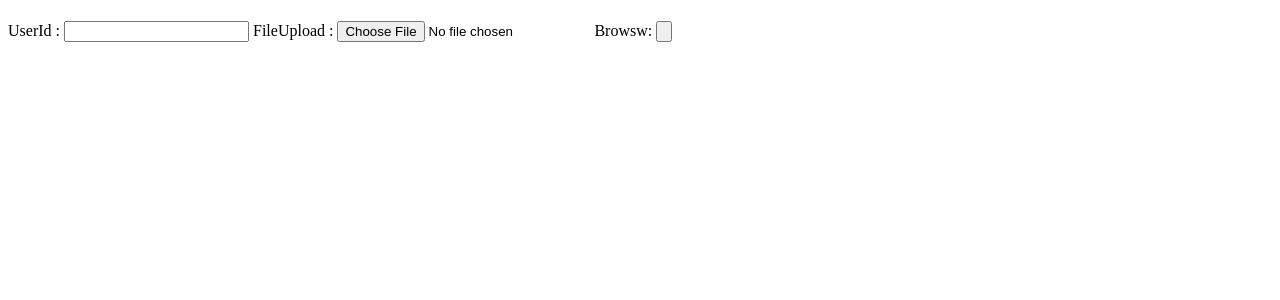
Repository: aygodbole/Coding-Assessment
Page: http://localhost/DocMgmt/resources/views/index.jsp
These files come from the project's save history. The page is drawn as it stood at one moment and after the next save; the edit follows.
The browser window is 1280 px wide. The pictures show the whole page.
The page is served by Tomcat 9.

Above is the page before, as saved 2017-12-20 04:23:58.

### DocMgmt/src/main/webapp/resources/views/index.jsp
<%@ page language="java" contentType="text/html; charset=ISO-8859-1" pageEncoding="ISO-8859-1"%>
<!DOCTYPE html>
<html>
<head>
	<meta charset="ISO-8859-1">
	<title>Insert title here</title>
</head>
<body ng-app ="DocManagerApp">
<div ng-controller = "DocCtrl">
<h1>{{name}} </h1>
</div>

UserId : <input type="text" data-ng-model="fileAttUpload">
FileUpload : <input type="file" onchange="angular.element(this).scope.onFileSelect(this);">
Browsw: <input type="button" data-ng-click="clickUpload();">



<!-- jQuery (necessary for Bootstrap's JavaScript plugins) -->
 <script type="text/javascript" src='<%=request.getContextPath()%>/resources/js/jquery.min.js'></script>
<script type="text/javascript" src='<%=request.getContextPath() %>/resources/js/angular.min.js'></script>
<script type="text/javascript" src='<%=request.getContextPath() %>/resources/js/angular-route.min.js'></script>
<script type="text/javascript" src='<%=request.getContextPath() %>/resources/js/angular-resource.min.js'></script>
<script type="text/javascript" src='<%=request.getContextPath() %>/resources/js/app.js'></script>
<!-- <script src="https://ajax.googleapis.com/ajax/libs/angularjs/1.4.4/angular.js'></script>-->
</body>
</html>

### DocMgmt/src/main/webapp/resources/js/app.js
var app = angular.module('DocManagerApp', [ 'ngRoute', 'ngResource' ]);

app.controller("DocCtrl", [ '$scope', '$http', '$rootScope', '$log',
		function($scope, $http, $rootScope, $log) {
			$log.info("Inside Doc controller");

			$scope.saveAttachments = function(){
				var fd = new FormData();
				fd.append("file",$scope.file);
				    $http.post("/upload", fd, {
				           transformRequest: angular.identity,
				           headers: {'Content-Type': undefined,
				           	'enctype' :'multipart/form-data'}
				       }).success(function(results){
				       	// console.log("response : _>",results);
				       	$scope.showPreLoader = false;
				if(results.STATUS=='SUCCESS'){
					$log.info("SUCCESS");
				}else {
				$scope.errorMessage = "Error in saving the Attachments";
				 }
				})
				   .error(function(data,status){
				   	$scope.showPreLoader = false;
				   	$scope.errorMessage = "Error in saving the Attachments";
				   });
				};

			$scope.clickUpload = function() {
				$timeout(function() {
					angular.element('#fileAttUpload').trigger('click');
				});
			};
			$scope.onFileSelect = function($files) {
				$timeout(function() {
					$scope.fileAttUpload = angular.element($files).val();
					$scope.file = $files.files[0];
					$scope.disableContinue = false;
				});
			};

		} ]);

Loaded but not shown: DocMgmt/src/main/webapp/resources/js/jquery.min.js (library); DocMgmt/src/main/webapp/resources/js/angular.min.js (library); DocMgmt/src/main/webapp/resources/js/angular-route.min.js (library); DocMgmt/src/main/webapp/resources/js/angular-resource.min.js (library)

After the next save:
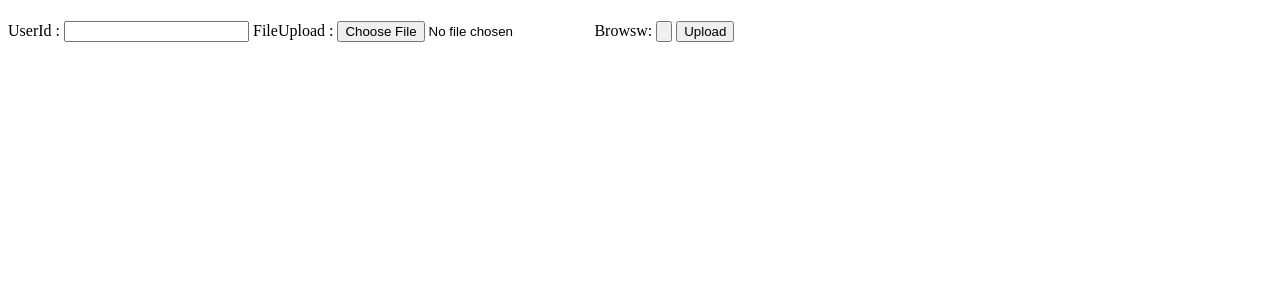
Saved 78 s later.
--- a/DocMgmt/src/main/webapp/resources/views/index.jsp
+++ b/DocMgmt/src/main/webapp/resources/views/index.jsp
@@ -15,6 +15,9 @@ FileUpload : <input type="file" onchange="angular.element(this).scope.onFileSele
 Browsw: <input type="button" data-ng-click="clickUpload();">
 
 
+<input type="button" value="Upload" ng-click="saveAttachments()">
+
+
 
 <!-- jQuery (necessary for Bootstrap's JavaScript plugins) -->
  <script type="text/javascript" src='<%=request.getContextPath()%>/resources/js/jquery.min.js'></script>
